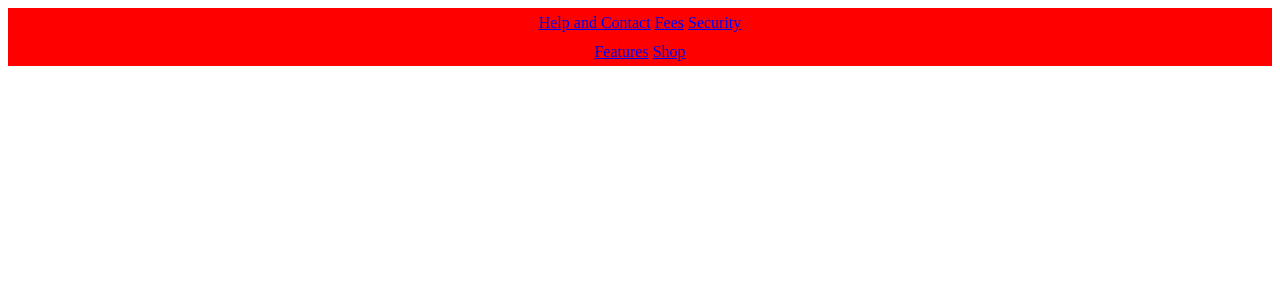
Repository: Jayeola3/Paypal
Page: text.html
An editor plug-in stored every save of this project. The page is shown before and after the next save, followed by the edit.
The browser window is 1280 px wide. The pictures show the whole page.

Above is the page before, as saved 2022-06-29 13:21:24.

### text.html
<!DOCTYPE html>
<html lang="en">
<head>
    <meta charset="UTF-8">
    <meta http-equiv="X-UA-Compatible" content="IE=edge">
    <meta name="viewport" content="width=device-width, initial-scale=1.0">
    <title>Document</title>
</head>
<body>
    <div class="moves">
        <a href="http://" class="lin">Help and Contact</a>
        <a href="http://" class="win"> Fees</a>
        <a href="http://" class="gin">Security</a> <br>
        <a href="http://" class="sin">Features</a>
        <a href="http://" class="qin">Shop</a>
    </div>
    <style>
        .moves{
            background-color: red;
            width: 100%;
            line-height: 29px;
            text-align: center;
        }
    </style>
</body>
</html>

After the next save:
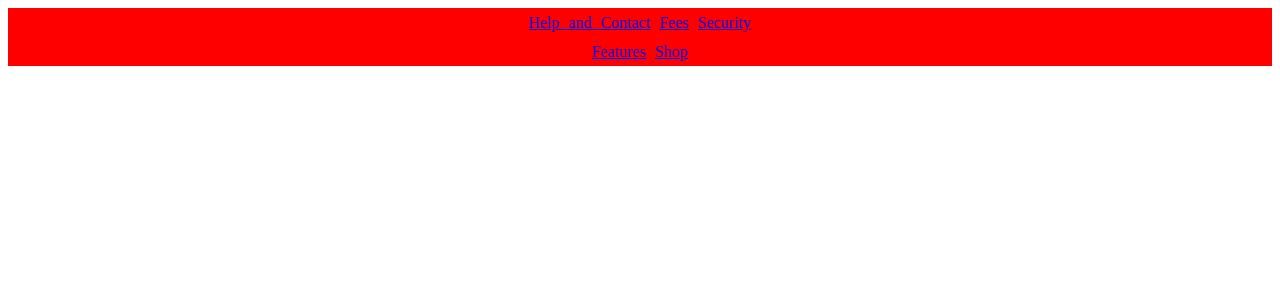
Saved 44 s later.
--- a/text.html
+++ b/text.html
@@ -20,6 +20,7 @@
             width: 100%;
             line-height: 29px;
             text-align: center;
+            word-spacing: 5px;
         }
     </style>
 </body>
